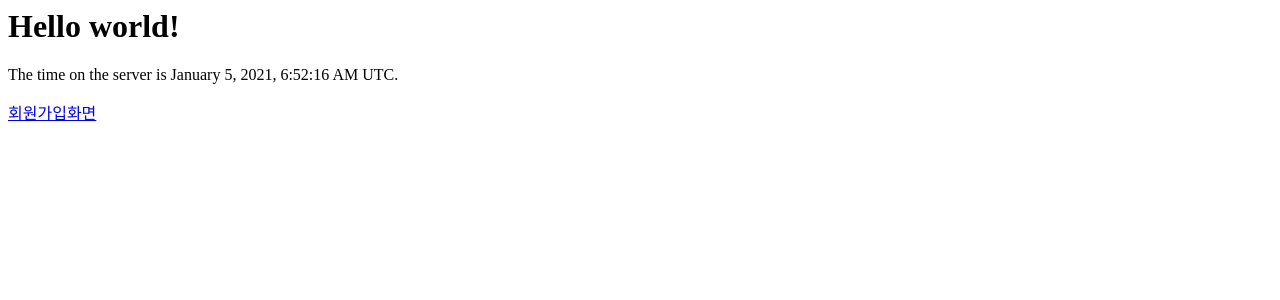
Repository: JSY93/spring-web
Page: http://localhost/web/
The author's editor kept a copy of each file at every save. The page is drawn from the files as they stood at one save, then again after the next save.
The browser window is 1280 px wide. The pictures show the whole page.
The page is served by Tomcat 9. The template is opened directly, without the code that normally fills it, so the values that code supplies are empty.

Above is the page before, as saved 2021-01-06 06:12:06.

After the next save:
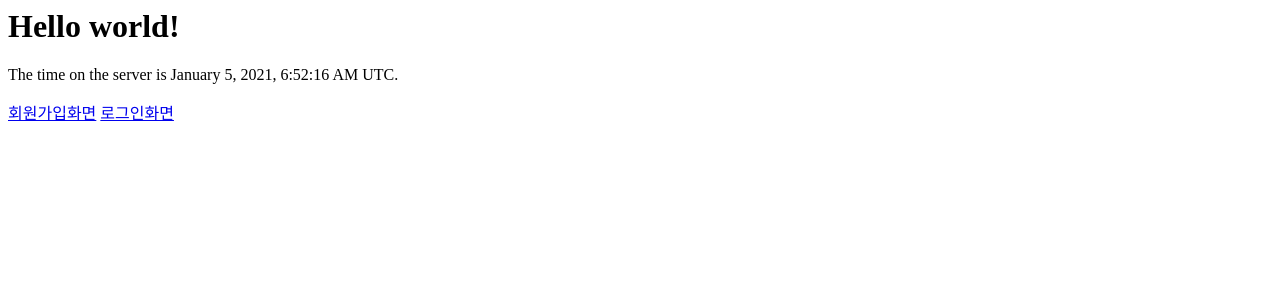
Saved 57 s later.
--- a/Study_Spring/web/src/main/webapp/WEB-INF/views/home.jsp
+++ b/Study_Spring/web/src/main/webapp/WEB-INF/views/home.jsp
@@ -12,5 +12,6 @@
 
 <P>  The time on the server is ${time}. </P>
 <a href='member'>회원가입화면</a>
+<a href='login'>로그인화면</a>
 </body>
 </html>
